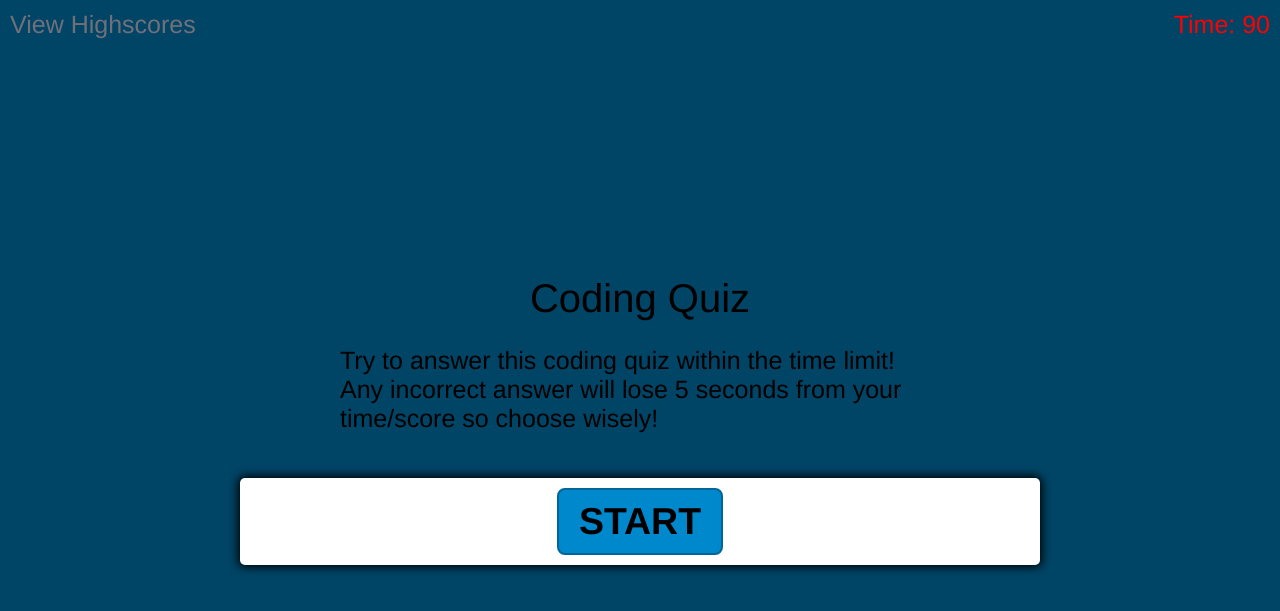
Repository: Vshepard879/Code-Quiz
Page: index.html
These files come from the project's save history. The page is drawn as it stood at one moment and after the next save; the edit follows.
The browser window is 1280 px wide. The pictures show the whole page.

Above is the page before, as saved 2022-03-20 04:39:17.

### index.html
<!DOCTYPE html>
<html lang="en">
<head>
    <meta charset="UTF-8">
    <meta http-equiv="X-UA-Compatible" content="IE=edge">
    <meta name="viewport" content="width=device-width, initial-scale=1.0">
    <link href="./assets/css/style.css" link rel="stylesheet">
    <script defer src="./assets/js/script.js"></script>
    <script defer src="./assets/js/questions.js"></script>
    <title>Quiz App</title>
</head>

<body>
    <header>Coding Quiz
<br>
        <p>
            Try to answer this coding quiz within the time limit!
<br>

            Any incorrect answer will lose 5 seconds from your time/score so choose wisely!
        </p>
    </header>
    <div class ="scores"><a href="score.html">View Highscores</a></div>

    <div class="timer">Time: <span id="time">90</span></div>

    <!--Start Quiz Container-->
    <div class="container">
        <div id="question-container" class="hide">
                <div id="question">Question</div>
                <div id="answer-buttons" class="btn-grid">
                <button class="btn">Answer 1</button>
                <button class="btn">Answer 2</button>
                <button class="btn">Answer 3</button>
                <button class="btn">Answer 4</button>
            </div>
        </div>

        <div class="controls counts">
            <button id="start-btn" class="start-btn btn">START</button>
        </div>


        <div id="end-screen" class="hide">
            <h2>All done!</h2>
            <p>Your final score is <span id="final-score"></span>.</p>
            <p>
              Enter initials: <input type="text" id="initials-input-field" max="3" />
              <button id="submit-btn">Submit</button>
            </p>
          </div>



    </div>
</body>
</html>

### assets/css/style.css
*, *::before, *::after {
    box-sizing: border-box;
    font-family: 'Franklin Gothic Medium', 'Arial Narrow', Arial, sans-serif;
    font-size: 25px;
}

:root {
    --hue-neutral: 200;


}

header {

    font-size: 40px;
    display: flex;
    flex-direction: column;
    position: relative;
    align-items:center;
    padding: 20px 0 20px 0;
    margin: 100px auto 0 auto;
  max-width: 600px;
}



body{
    --hue: var(--hue-neutral);
    padding: 0;
    margin: 0;
    display: flex;
    flex-direction: column;
    width: 100vw;
    height: 100vh;
    justify-content:center;
    align-items:center;
    background-color:hsl(var(--hue), 100%, 20%);
}


.hide {
    display: none;
  }
.scores {
    position: absolute;
    top: 10px;
    left: 10px;
  }

  .timer {
    position: absolute;
    top: 10px;
    right: 10px;
    color: red;
    font-size: 25px;
}

    a {
        color:  #70707a;
        text-decoration: none;
        transition: color 0.1s;
      }

      a:hover {
        color: whitesmoke;}

p {
    color:black;
    font-size: 25px;
    font-weight: normal;

}

 .container {
    width: 800px;
    max-width: 70%;
    background-color: white;
    border-radius: 5px;
    padding: 10px;
    box-shadow: 0 0 10px 2px;
}

.hide {
    display: none;
  }

  .start {
    text-align: center;
  }

  .scores {
    position: absolute;
    top: 10px;
    left: 10px;
    color:aliceblue;
  }

.btn-grid {
    display: grid;
    grid-template-columns: repeat(2, auto);
    gap: 15px;
    margin: 20px 0;
}


.btn {
    --hue: var(--hue-neutral);
    border: 2px solid hsl(var(--hue),100%, 30%);
    background-color: hsl(var(--hue), 100%, 40%);
    border-radius: 8px;
    padding: 5px 10px;
    color: black;
    outline: none;
}

.btn:hover {
    border-color: black;
}


.start-btn {
    font-size: 1.5rem;
    font-weight: bold;
    padding: 10px 20px;
}

.controls {
    display: flex;
    justify-content: center;
    align-items: center;
    gap: 5px;
}

.hide {
    display: none;
}

### assets/js/script.js
const startButton = document.getElementById('start-btn');
const questionContainerElement = document.getElementById('question-container');
const questionElement = document.getElementById( 'question');
const answerButtonsElement = document.getElementById('answer-buttons');
var timerEl = document.getElementById('time');
const submitButton = document.getElementById('submit-btn')
const endScreen = document.getElementById('end-screen')
var shuffledQuestions, currentQuestionIndex, currentScore
var timer
var timeRemaining = 90
var initialsInputFieldEl =  document.getElementById('initials-input-field')
var answerResponse = document.getElementById('answer-response')
startButton.addEventListener('click', startQuiz)
submitButton.addEventListener('click', submitScore)
// function that starts the Quiz

function startQuiz() {
    if (!endScreen.classList.contains('hide')) {
        endScreen.classList.add('hide')
    }


    startButton.classList.add("hide")
    // randomizes question order
    shuffledQuestions = questions.sort(() => Math.random() - .5)
    currentQuestionIndex = 0
    currentScore = 0
    questionContainerElement.classList.remove("hide")
    setNextQuestion()
    startTimer()

}

function startTimer() {
    timeRemaining = 90
    timer = setInterval(updateRemainingTime, 1000)
}

function updateRemainingTime() {
    timeRemaining--
    timerEl.textContent = timeRemaining
    if (timeRemaining <= 0){
        endQuiz()
    }

}

function setNextQuestion() {
    resetState()
    showQuestion(shuffledQuestions[currentQuestionIndex])
    }
function showQuestion(question) {
    questionElement.innerText =question.question
    question.answers.forEach(answer => {
        const button = document.createElement('button')
        button.innerText = answer.text
        button.classList.add('btn')
      if   (answer.correct) {
          button.dataset.correct = answer.correct
      }
      button.addEventListener('click', selectAnswer)
      answerButtonsElement.appendChild(button)
    })
}

function endQuiz() {
    submitButton.classList.remove('hide')
    // startButton.innerText = 'Restart'
    //startButton.classList.remove('hide')
    questionContainerElement.classList.add('hide')
    endScreen.classList.remove('hide')
    clearInterval(timer)
    var finalScore = document.getElementById('final-score')
    finalScore.textContent = timeRemaining
}

function submitScore() {
    var initials = initialsInputFieldEl.value.trim();
    console.log(initials)
    var newScore = {
        initials: initials,
        score: timeRemaining,
    }

    // get saved scores from local storage, or if not any, set to empty array
    var highScores = JSON.parse(window.localStorage.getItem("highScores")) || [];

    highScores.push(newScore)
    window.localStorage.setItem("highScores", JSON.stringify(highScores));

    submitButton.classList.add('hide')

     // redirect to next page
     window.location.href = "score.html";
}
// this function is used to reset each question
function resetState() {
    while (answerButtonsElement.firstChild) {
        answerButtonsElement.removeChild
        (answerButtonsElement.firstChild)
    }
}

function selectAnswer(v) {
    const selectedButton = v.target
    const correct = selectedButton.dataset.correct
    currentQuestionIndex++

    if (correct) {
        console.log("correct!")
    } else {
        // decrease time
        timeRemaining = timeRemaining - 5
        timerEl.textContent = timeRemaining
        if(timeRemaining <= 0){
            endQuiz();
        }
    }

    if (shuffledQuestions.length - 1 < currentQuestionIndex ) {
        endQuiz();
    } else {

        setNextQuestion()
    }
}

### assets/js/questions.js
// the arrays of questions and answers
const questions = [
    {
        question: 'Which of these is not one of the 3 Initial coding languages?',
        answers: [
            { text:'Python', correct: true},
            { text:'HTML', correct: false},
            { text:'CSS', correct: false},
            { text:'JavaScript', correct: false},
        ]
    },
    {
        question: 'What does the C in CSS stand for?',
        answers: [
            { text:'Chocolate', correct: false},
            { text:'Corporate', correct: false},
            { text:'Cascading', correct: true},
            { text:'Computer', correct: false},
        ]
    },
    {
        question: 'Arrays in Javascript can be used to store?',
        answers: [
            { text:'Numbers and Strings', correct: false},
            { text:'Booleans', correct: false},
            { text:'Other Arrays', correct: false},
            { text:'All of the above', correct: true},
        ]
    },
    {
        question: 'The condition in an if/else statement are store in?',
        answers: [
            { text:'Parenthesis', correct: true},
            { text:'curly brackets', correct: false},
            { text:'brackets', correct: false},
            { text:'commas', correct: false},
        ]},
        {
            question: 'A very useful tool during the development and debugging stage used to print to the debugger is?',
            answers: [
                { text:'Array', correct: false},
                { text:'.dataset', correct: false},
                { text:'console.log', correct: true},
                { text:'=>', correct: false},
            ]},
            {
                question: 'Commonly used data types do not include?',
                answers: [
                    { text:'Booleans', correct: false},
                    { text:'Strings', correct: false},
                    { text:'Numbers', correct: false},
                    { text:'Alerts', correct: true},
                ]},
            ]

After the next save:
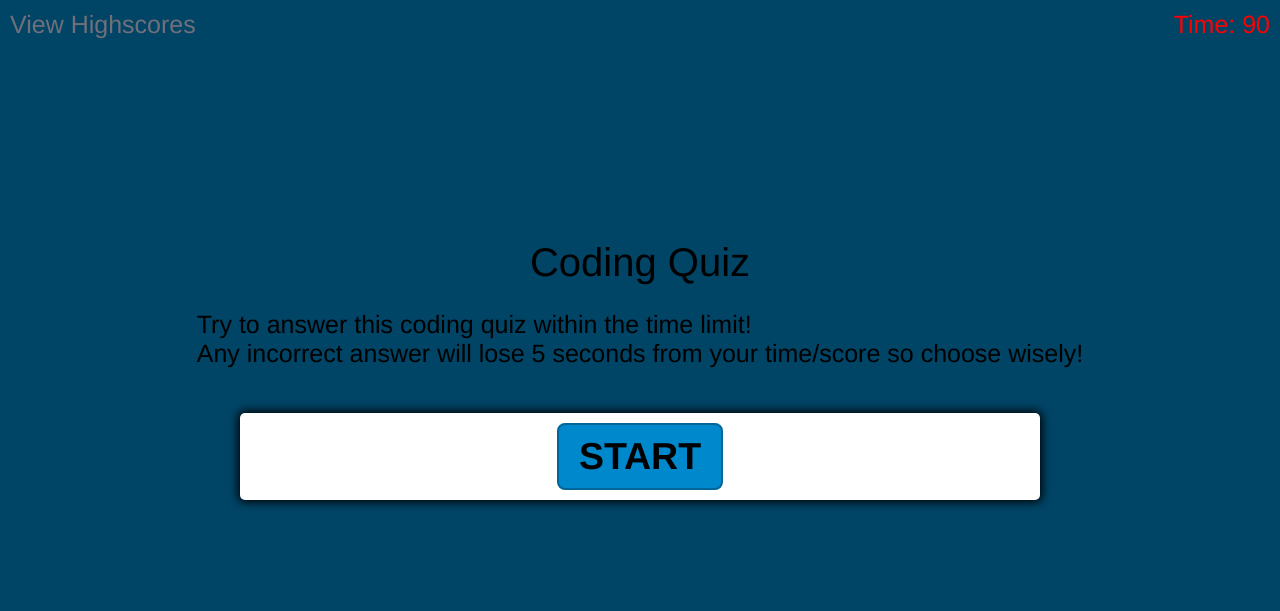
Saved 25 s later.
--- a/assets/css/style.css
+++ b/assets/css/style.css
@@ -18,8 +18,6 @@ header {
     position: relative;
     align-items:center;
     padding: 20px 0 20px 0;
-    margin: 100px auto 0 auto;
-  max-width: 600px;
 }
 
 
@@ -36,7 +34,6 @@ body{
     align-items:center;
     background-color:hsl(var(--hue), 100%, 20%);
 }
-
 
 .hide {
     display: none;
